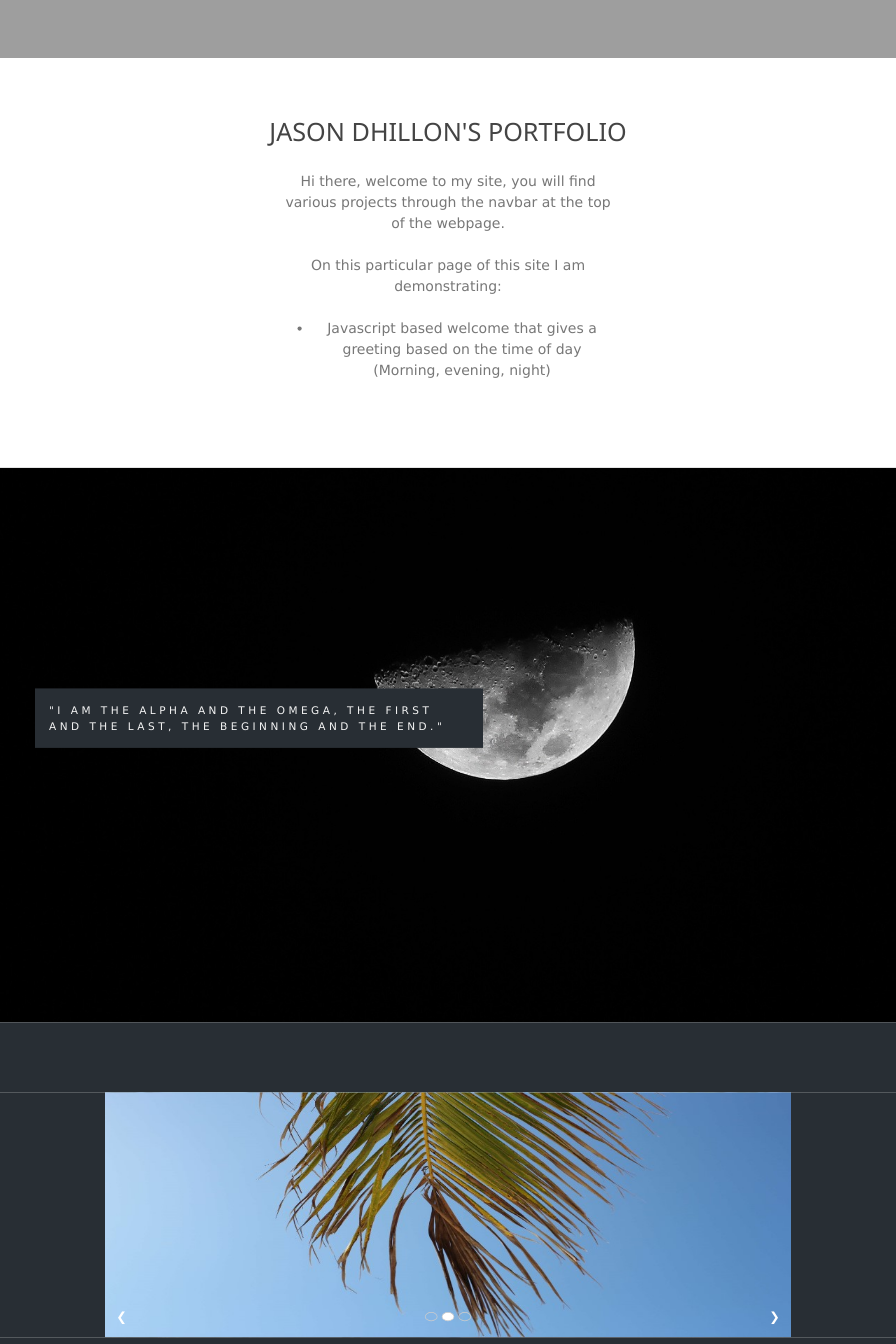
Repository: Jasondhillon/jasondhillon.github.io
Page: index.html
An editor plug-in stored every save of this project. The page is shown before and after the next save, followed by the edit.
The browser window is 1280 px wide. The pictures show the part of the page from y = 708 to 2628 px (the page is 3781 px tall before and 3546 px after), at 70% of full size.
Pictures or frames that could not be fetched are drawn as grey boxes. Backgrounds fixed to the window are drawn as part of the page.

Above is the page before, as saved 2020-04-07 17:21:29.

After the next save:
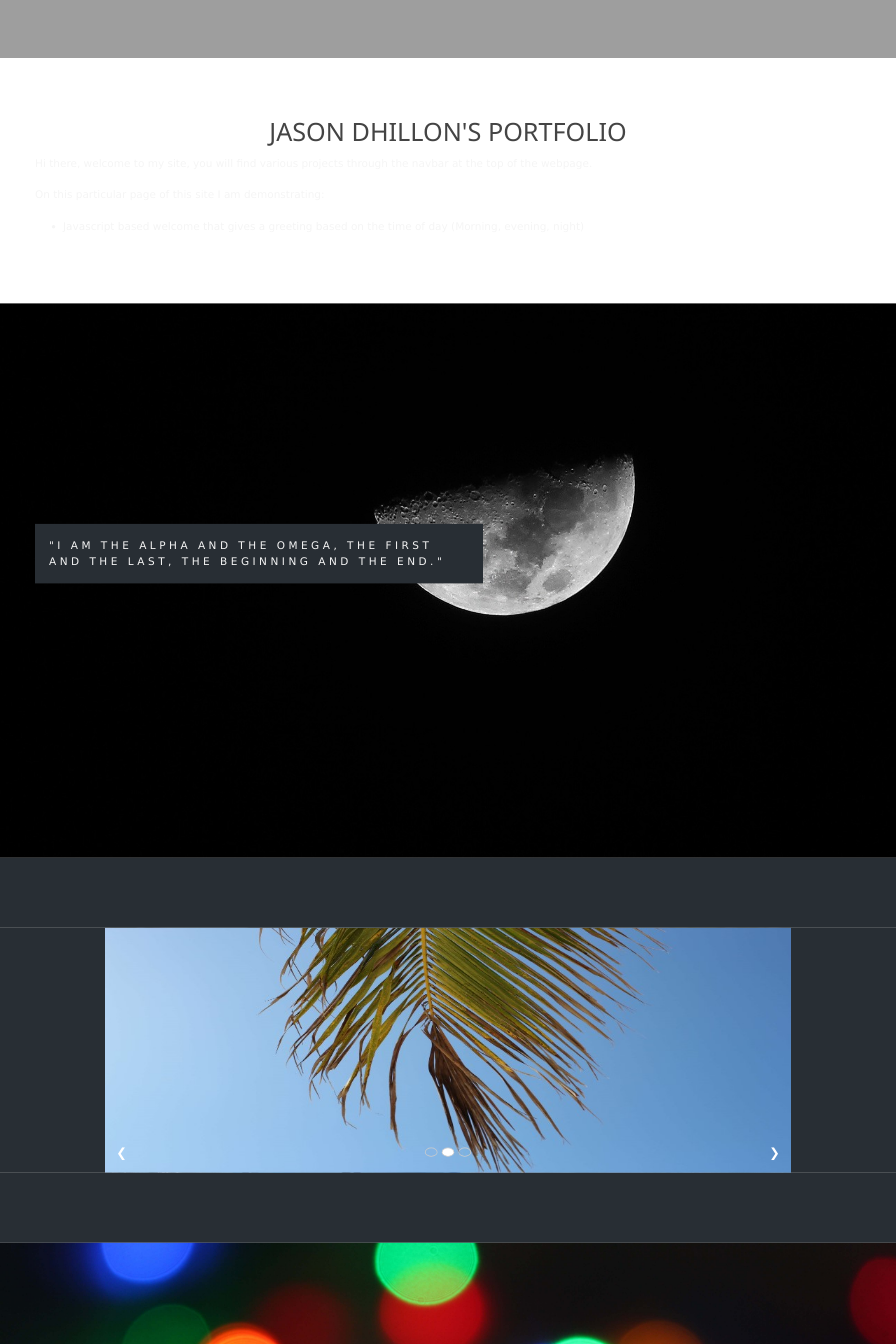
Saved 28 s later.
--- a/index.html
+++ b/index.html
@@ -200,11 +200,11 @@
 <!-- Quote  -->
   <div style="background-color: white; padding: 80px 50px; line-height: 30px;">
     <h1 style="text-align: center; color: #444; text-transform: uppercase;">Jason Dhillon's Portfolio </h1>
-    <p id="quote" style="text-align: center; width:40%; white-space:pre-line; margin: 0 auto; font-size: 20px; color: #777">
+    <p id="quote">
       Hi there, welcome to my site, you will find various projects through the navbar at the top of the webpage.</p>
-      <p id="quote" style="text-align: center; width:40%; white-space:pre-line; margin: 0 auto; font-size: 20px; color: #777">
+      <p id="quote">
         On this particular page of this site I am demonstrating:
-      <ul style="text-align: center; width:40%; white-space:pre-line; margin: 0 auto; font-size: 20px; color: #777">
+      <ul id="quote">
         <li> Javascript based welcome that gives a greeting based on the time of day (Morning, evening, night)</li>
       </ul></p>
   </div>

After the save that followed:
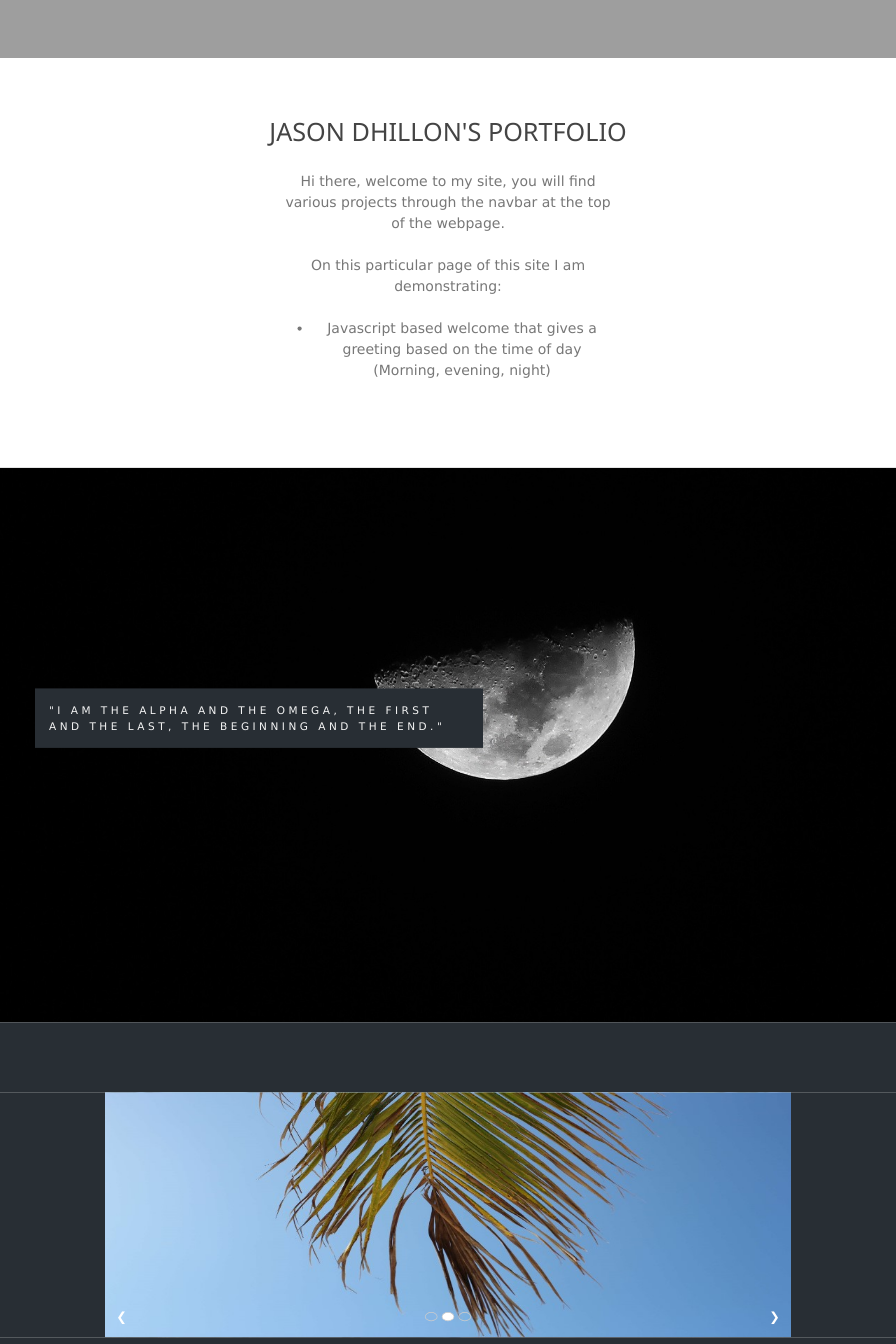
Saved 92 s later.
--- a/css/stylesheet.css
+++ b/css/stylesheet.css
@@ -25,6 +25,13 @@ a{text-decoration: underline;}
         padding: 20px;
     }
 
+    #quote{
+        text-align: center;
+        width:40%; white-space:pre-line;
+        margin: 0 auto;
+        font-size: 20px;
+        color: #777
+    }
 
 /*Navbar*/
     .topnav {
